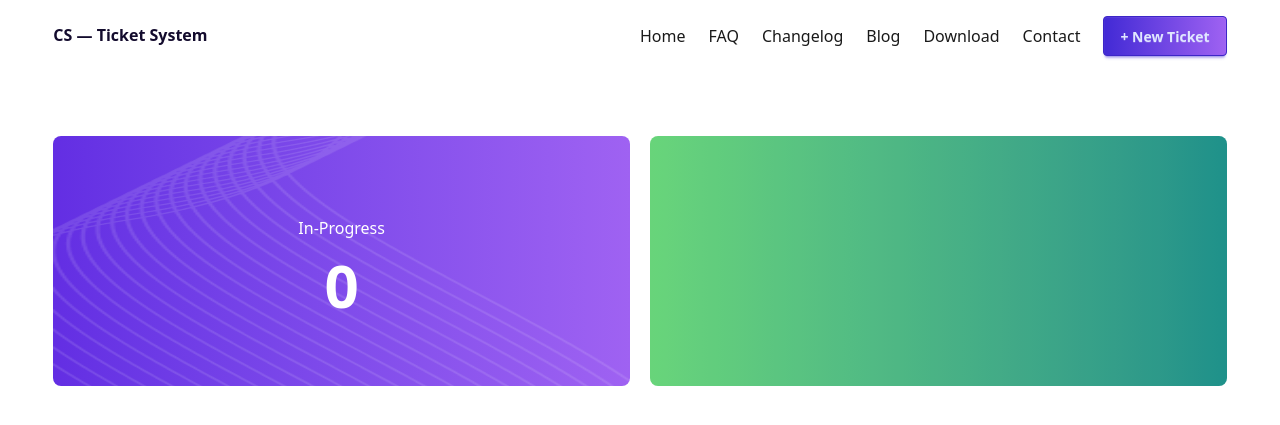
Repository: SanjidaSnigdha/Customer-Support-Zone
Page: /
These files come from the project's save history. The page is drawn as it stood at one moment and after the next save; the edit follows.
The browser window is 1280 px wide. The pictures show the whole page.
The project was rebuilt for these pictures with package versions that can differ from the ones it lists, and the page was loaded fresh each time. Also part of the build but not shown: vite.config.js, src/App.css.

Above is the page before, as saved 2026-03-24 02:11:47.

After the next save:
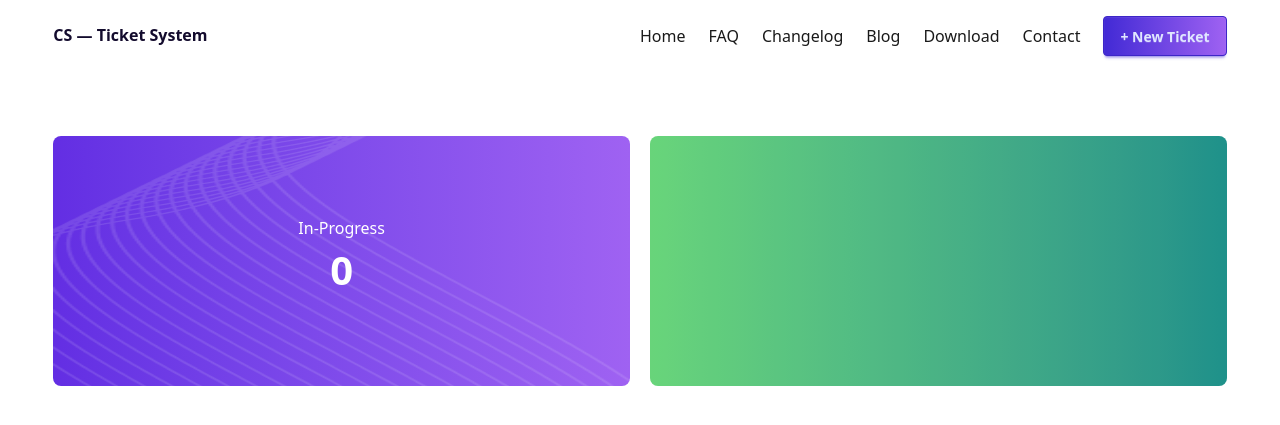
Saved 22 s later.
--- a/src/component/Banner/Banner.jsx
+++ b/src/component/Banner/Banner.jsx
@@ -7,7 +7,7 @@ const Banner = () => {
         <div className='flex justify-between w-11/12 mx-auto mt-20 gap-5'>
             <div className='relative'>
              <img src={vectorImg1} alt="" className=' bg-gradient-to-r from-[#632EE3] to-[#9F62F2] w-[700px] h-[250px] rounded-[8px]'/>
-             <p className='absolute text-center inset-20 text-[#FFFFFF]'>In-Progress<br /><span className='font-bold text-[#FFFFFF] text-[60px]'>
+             <p className='absolute text-center inset-20 text-[#FFFFFF]'>In-Progress<br /><span className='font-bold text-[#FFFFFF] text-[40px]'>
                 0</span></p>
 
             </div>
